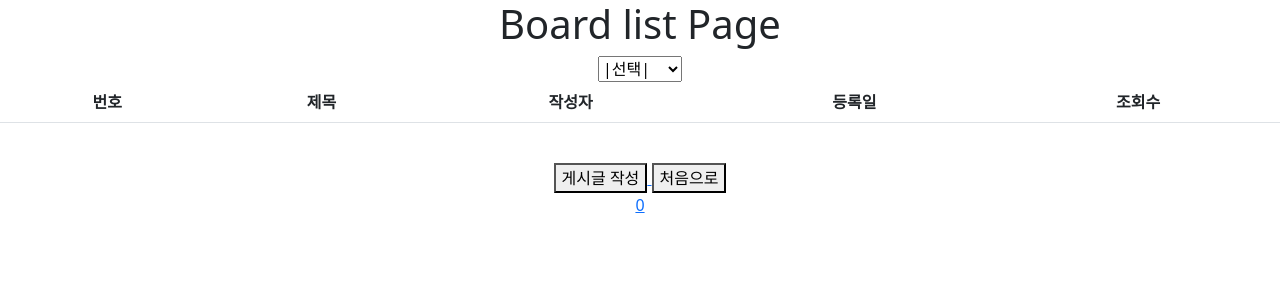
Repository: bbqju13/20230613spring
Page: http://localhost/spring/WEB-INF/views/board/list.jsp
The author's editor kept a copy of each file at every save. The page is drawn from the files as they stood at one save, then again after a run of saves.
The browser window is 1280 px wide. The pictures show the whole page.
The page is served by Tomcat 9. Nobody is signed in. Other server files are loaded and not shown. The template is opened directly, without the code that normally fills it, so the values that code supplies are empty.

Above is the page before, as saved 2023-06-08 05:30:49.

### _spring_project1/spring/src/main/webapp/WEB-INF/views/board/list.jsp
<%@ page language="java" contentType="text/html; charset=UTF-8"
    pageEncoding="UTF-8"%>
<%@ taglib uri="http://java.sun.com/jsp/jstl/core" prefix="c"%>
<!DOCTYPE html>
<html>
<head>
<meta charset="UTF-8">
<link
	href="https://cdn.jsdelivr.net/npm/bootstrap@5.2.3/dist/css/bootstrap.min.css"
	rel="stylesheet"
	integrity="sha384-rbsA2VBKQhggwzxH7pPCaAqO46MgnOM80zW1RWuH61DGLwZJEdK2Kadq2F9CUG65"
	crossorigin="anonymous">
<script
	src="https://cdn.jsdelivr.net/npm/bootstrap@5.2.3/dist/js/bootstrap.bundle.min.js"
	integrity="sha384-kenU1KFdBIe4zVF0s0G1M5b4hcpxyD9F7jL+jjXkk+Q2h455rYXK/7HAuoJl+0I4"
	crossorigin="anonymous"></script>
<title>Board list Page</title>
<style type="text/css">
body {
	text-align: center;
}
</style>
</head>
<body>
<h1>Board list Page</h1>
<!-- 검색 -->
<form action="/board/list" method="post">
	<div>
		<c:set value="${ph.pgvo.type }" var="typed"></c:set>
		<select name="type">
			<option>|선택|</option>
			<option value="t">|제목|</option>
			<option value="c">|내용|</option>
			<option value="w">|작성자|</option>
		</select>
	</div>
</form>

<table class="table table-striped">
	<thead>
		<tr>
			<th>번호</th>
			<th>제목</th>
			<th>작성자</th>
			<th>등록일</th>
			<th>조회수</th>
		</tr>
	</thead>
	<tbody>
		<c:forEach items="${list }" var="board">
			<tr>
				<td>${board.bno }</td>
				<td> <a href="/board/detail?bno=${board.bno }"> ${board.title }</a></td>
				<td>${board.writer }</td>
				<td>${board.reg_date }</td>
				<td>${board.read_count }</td>
			</tr>
		</c:forEach>
	</tbody>
</table>
<br>
<a href="/board/register"> <button>게시글 작성</button> </a>
<a href="/"> <button type="button">처음으로</button> </a>
<!-- Paging Line -->
<div>
	<c:if test="${ph.prev }">
		<a href="/board/list?pageNo=${ph.startPage - 1 }&qty=${ph.pgvo.qty}">◀ | </a>
	</c:if>

	<c:forEach begin="${ph.startPage }" end="${ph.endPage }" var="i">
			<a href="/board/list?pageNo=${i }&qty=${ph.pgvo.qty}"> ${i } </a>
	</c:forEach>


	<c:if test="${ph.next }">
		<a href="/board/list?pageNo=${ph.endPage + 1 }&qty=${ph.pgvo.qty}"> | ▶</a>
	</c:if>
</div>
</body>
</html>

After the next 2 saves:
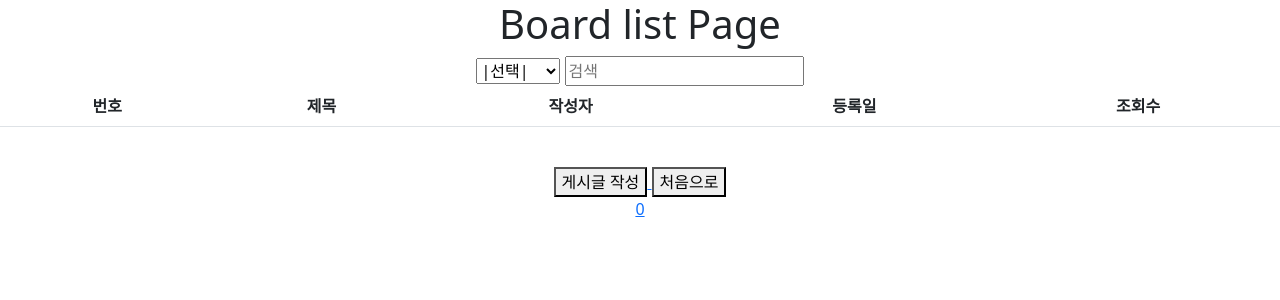
The 2 saves are shown as one change because they came seconds apart.
The last was saved 37 s later.
--- a/_spring_project1/spring/src/main/webapp/WEB-INF/views/board/list.jsp
+++ b/_spring_project1/spring/src/main/webapp/WEB-INF/views/board/list.jsp
@@ -33,6 +33,7 @@ body {
 			<option value="c">|내용|</option>
 			<option value="w">|작성자|</option>
 		</select>
+		<input type="text" name="keyword" placeholder="검색">
 	</div>
 </form>
 
